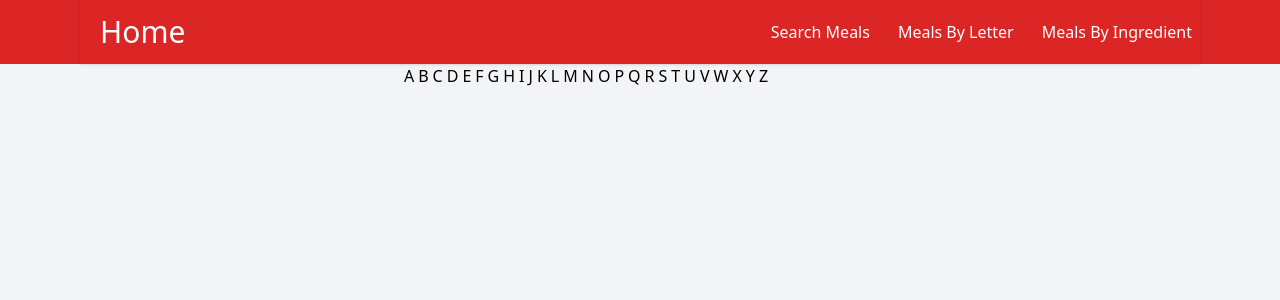
Repository: HalemX/meals
Page: /by-letter
An editor plug-in stored every save of this project. The page is shown before and after the next save, followed by the edit.
The browser window is 1280 px wide. The pictures show the whole page.
The project was rebuilt for these pictures with package versions that can differ from the ones it lists, and the page was loaded fresh each time. Also part of the build but not shown: vite.config.js, src/pages/home/Home.vue, src/components/layout/GuestLayout.vue, src/pages/meals/MealsByIngredient.vue, src/components/ui/BaseButtons.vue, src/pages/meals/MealsByName.vue, src/components/meals_components/MealDetails.vue.

Above is the page before, as saved 2024-02-11 15:35:53.

### index.html
<!DOCTYPE html>
<html lang="en">
  <head>
    <meta charset="UTF-8" />
    <link rel="icon" type="image/svg+xml" href="/vite.svg" />
    <meta name="viewport" content="width=device-width, initial-scale=1.0" />
    <title>Vite + Vue</title>
  </head>
  <body class="bg-gray-100 h-full">
    <div id="app"></div>
    <script type="module" src="/src/main.js"></script>
  </body>
</html>

### src/main.js
import { createApp } from "vue";

import router from "./router";
import store from "./store";
import "./style.css";

import App from "./App.vue";

const app = createApp(App);
app.use(router);
app.use(store);

app.mount("#app");

### src/router/index.js
import { createRouter, createWebHistory } from "vue-router";

import Home from "../pages/home/Home.vue";

import DefaultLayout from "../components/layout/DefaultLayout.vue";
import GuestLayout from "../components/layout/GuestLayout.vue";

import MealsByIngredient from "../pages/meals/MealsByIngredient.vue";
import MealsByLetters from "../pages/meals/MealsByLetters.vue";
import MealsByName from "../pages/meals/MealsByName.vue";
import MealDetails from "../components/meals_components/MealDetails.vue";

const routes = [
  {
    path: "/",
    component: DefaultLayout,
    children: [
      {
        path: "/",
        name: "home",
        component: Home,
      },
      {
        path: "/by-letter/:letter?",
        name: "byLetter",
        component: MealsByLetters,
      },
      {
        path: "/by-name/:name?",
        name: "byName",
        component: MealsByName,
      },
      {
        path: "/by-ingredient/:ingredient?",
        name: "byIngredient",
        component: MealsByIngredient,
      },
      {
        path: "/meal/:id",
        name: "mealDetails",
        component: MealDetails,
      },
    ],
  },
  {
    path: "/guest",
    component: GuestLayout,
    children: [],
  },
];

const router = createRouter({
  history: createWebHistory(),
  routes,
});

export default router;

### src/store/index.js
import { createStore } from "vuex";

import mealsModule from "./modules/meals/index";

const store = createStore({
  modules: {
    mealsModule,
  },
});

export default store;

### src/App.vue
<template>
  <router-view v-slot="slotProps">
    <transition name="route" mode="out-in">
      <component :is="slotProps.Component"></component>
    </transition>
  </router-view>
</template>

<style scoped>
.route-enter-from {
  opacity: 0;
  transform: translateY(-30px);
}
.route-leave-to {
  opacity: 0;
  transform: translateY(30px);
}
.route-enter-active {
  transition: all 0.4s ease-out;
}
.route-enter-active {
  transition: all 0.4s ease-in;
}
.route-enter-to,
.route-leave-from {
  opacity: 1;
  transform: translateY(0);
}
</style>

### src/components/layout/DefaultLayout.vue
<template>
  <div>
    <navbar />
    <main>
      <router-view v-slot="slotProps">
        <transition name="route" mode="out-in">
          <component :is="slotProps.Component"></component>
        </transition>
      </router-view>
    </main>
  </div>
</template>

<script>
import Navbar from "./Navbar.vue";
export default {
  components: {
    Navbar,
  },
};
</script>

<style scoped>
.route-enter-from {
  opacity: 0;
  transform: translateY(-30px);
}
.route-leave-to {
  opacity: 0;
  transform: translateY(30px);
}
.route-enter-active {
  transition: all 0.4s ease-out;
}
.route-enter-active {
  transition: all 0.4s ease-in;
}
.route-enter-to,
.route-leave-from {
  opacity: 1;
  transform: translateY(0);
}
</style>

### src/pages/meals/MealsByLetters.vue
<template>
  <div class="flex gap-1 justify-center">
    <router-link
      :to="{ name: 'byLetter', params: { letter } }"
      v-for="letter in letters"
      :key="letter"
    >
      {{ letter }}</router-link
    >
    <meals-item :meals="mealsByLetter"></meals-item>
  </div>
</template>

<script>
import MealsItem from "../../components/meals_components/MealsItem.vue";

import { computed, onMounted } from "vue";
import { useStore } from "vuex";
import { useRoute } from "vue-router";

export default {
  components: {
    MealsItem,
  },
  setup() {
    const store = useStore();

    const mealsByLetter = computed(() => {
      return store.getters.getSearchMealsByLetter;
    });

    const rout = useRoute();

    function searchMealsByLetter() {
      store.dispatch("searchMealsByLetter", rout.params.letter);
    }

    onMounted(() => {
      searchMealsByLetter();
    });

    const letters = "ABCDEFGHIJKLMNOPQRSTUVWXYZ".split("");

    return { letters, mealsByLetter };
  },
};
</script>

### src/store/modules/meals/index.js
import mutations from "./mutations";
import actions from "./actions";
import getters from "./getters";

export default {
  state() {
    return {
      searchMealsByName: [],
      searchMealsByLetter: [],
      searchMealsByIng: [],
    };
  },
  mutations,
  actions,
  getters,
};

### src/components/layout/Navbar.vue
<template>
  <div class="bg-[#dc2626]">
    <header
      class="text-white shadow h-16 flex justify-between items-stretch bg-[#dc2626] md:mx-20"
    >
      <router-link
        class="text-3xl inline-flex items-center h-full px-5"
        :to="{ name: 'home' }"
        >Home</router-link
      >
      <div class="flex items-center gap-3">
        <router-link
          class="inline-flex items-center px-2 h-full transition-colors hover:bg-[#ef4444]"
          :to="{ name: 'byName' }"
          >Search Meals</router-link
        >
        <router-link
          class="inline-flex items-center px-2 h-full transition-colors hover:bg-[#f87171]"
          :to="{ name: 'byLetter' }"
          >Meals By Letter</router-link
        >
        <router-link
          class="inline-flex items-center px-2 h-full transition-colors hover:bg-[#f87171]"
          :to="{ name: 'byIngredient' }"
          >Meals By Ingredient</router-link
        >
      </div>
    </header>
  </div>
</template>

<script>
export default {};
</script>

### src/components/meals_components/MealsItem.vue
<template>
  <div class="grid grid-cols-1 md:grid-cols-3 gap-5 p-8">
    <div
      v-for="meal of meals"
      :key="meal.idMeal"
      class="bg-white shadow rounded-xl"
    >
      <router-link :to="{ name: 'mealDetails', params: { id: meal.idMeal } }">
        <img
          :src="meal.strMealThumb"
          :alt="meal.strMeal"
          class="rounded-t-xl w-full h-48 object-cover"
        />
      </router-link>
      <div class="p-3">
        <h3 class="font-bold">{{ meal.strMeal }}</h3>
        <p class="mb-4">
          Lorem ipsum dolor sit, amet consectetur adipisicing elit. Repellendus
          dicta saepe.
        </p>
      </div>
      <div class="flex items-center justify-between">
        <base-buttons :href="meal.strYoutube"></base-buttons>
      </div>
    </div>
  </div>
</template>

<script>
import BaseButtons from "../ui/BaseButtons.vue";

export default {
  components: {
    BaseButtons,
  },
  props: ["meals"],
};
</script>

### src/axiosClient.js
import axios from "axios";

const axiosClient = axios.create({
  baseURL: "https://www.themealdb.com/api/json/v1/1/",
});

export default axiosClient;

### src/store/modules/meals/mutations.js
export default {
  setSearchMealsByName(state, meals) {
    state.searchMealsByName = meals;
  },
  setSearchMealsByLetter(state, meals) {
    state.searchMealsByLetter = meals;
  },
  setSearchMealsByIng(state, meals) {
    state.searchMealsByIng = meals;
  },
};

### src/store/modules/meals/actions.js
import axiosClient from "../../../axiosClient";

export default {
  async searchMealsByName(context, enterName) {
    const response = await axiosClient.get(`search.php?s=${enterName}`);

    const responseData = await response.data;

    context.commit("setSearchMealsByName", responseData.meals);
  },

  async searchMealsLetter(context, letter) {
    const response = await axiosClient.get(`search.php?f=${letter}`);

    const responseData = await response.data;

    context.commit("setSearchMealsByLetter", responseData.meals);
  },

  async searchMealsByIng(context, enterIng) {
    const response = await axiosClient.get(`filter.php?i=${enterIng}`);

    const responseData = await response.data;

    context.commit("setSearchMealsByIng", responseData.meals);
  },

  //   async fetchMeals(context) {
  //     const response = await fetch(
  //       "https://www.themealdb.com/api/json/v1/1/search.php?s=Arrabiata"
  //     );
  //     const responseData = await response.json();
  //     if (!response.ok) {
  //       const error = new Error(responseData.message || "Failed to fetch Meals");
  //       throw error;
  //     }
  //     // console.log(responseData.meals);
  //     // const meals = [];
  //     // for (const key in responseData) {
  //     //   const request = {
  //     //     id: key,
  //     //     coachId: coachId,
  //     //     userEmail: responseData[key].userEmail,
  //     //     message: responseData[key].message,
  //     //   };
  //     //   requests.push(request);
  //     // }
  //     context.commit("setMeals", responseData.meals.slice(0, 5));
  //   },
};

### src/store/modules/meals/getters.js
export default {
  getSearchMealsByName(state) {
    return state.searchMealsByName;
  },
  getSearchMealsByLetter(state) {
    return state.searchMealsByLetter;
  },
  getSearchMealsByIng(state) {
    return state.searchMealsByIng;
  },
};

### tailwind.config.js
/** @type {import('tailwindcss').Config} */
export default {
  content: ["./index.html", "./src/**/*.{vue,js,ts,jsx,tsx}"],
  theme: {
    extend: {},
  },
  plugins: [
    require("@tailwindcss/forms"),
    // ...
  ],
};

Loaded but not shown: src/style.css (common file)

After the next save:
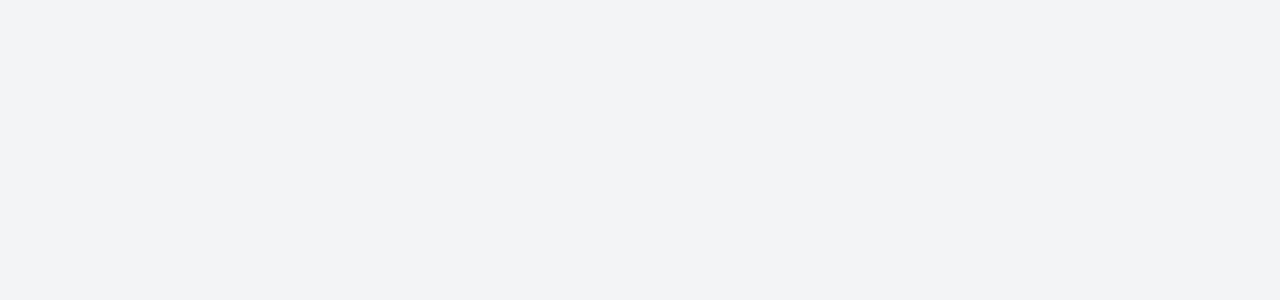
Console error: ReferenceError: searchMealsByLetter is not defined
Saved 2 min 56 s later.
--- a/src/pages/meals/MealsByLetters.vue
+++ b/src/pages/meals/MealsByLetters.vue
@@ -31,7 +31,7 @@ export default {
 
     const rout = useRoute();
 
-    function searchMealsByLetter() {
+    function searchMealsLetter() {
       store.dispatch("searchMealsByLetter", rout.params.letter);
     }
 

After the save that followed:
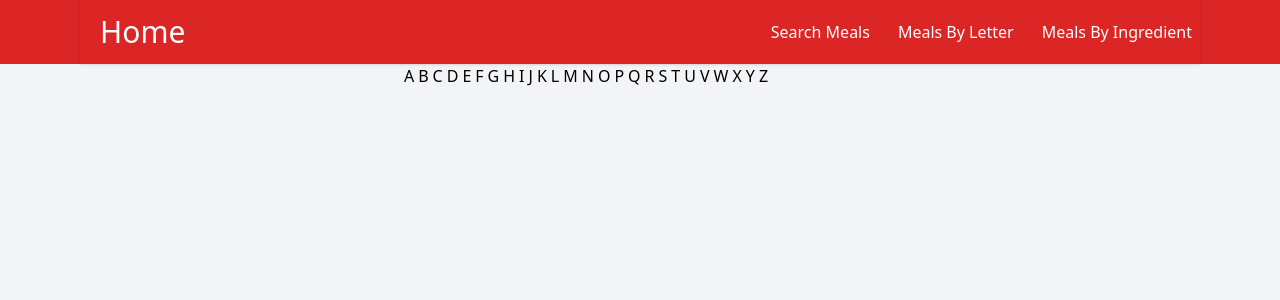
The error is gone.
Saved 17 s later.
--- a/src/pages/meals/MealsByLetters.vue
+++ b/src/pages/meals/MealsByLetters.vue
@@ -36,7 +36,7 @@ export default {
     }
 
     onMounted(() => {
-      searchMealsByLetter();
+      searchMealsLetter();
     });
 
     const letters = "ABCDEFGHIJKLMNOPQRSTUVWXYZ".split("");
